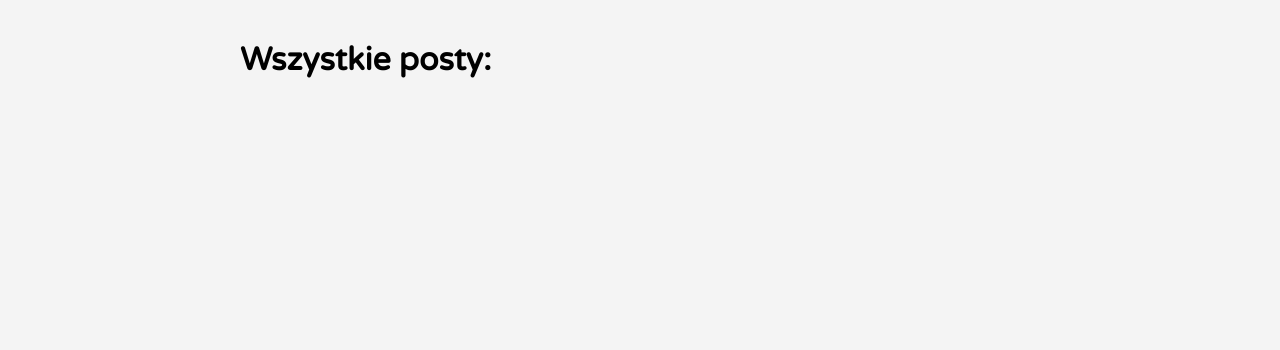
Repository: noisevisionproductions/PlayMeetWebsite
Page: src/main/resources/templates/posts.html
The author's editor kept a copy of each file at every save. The page is drawn from the files as they stood at one save, then again after the next save.
The browser window is 1280 px wide. The pictures show the whole page.
Pictures or frames that could not be fetched are drawn as grey boxes. The page's requests for data from a server got no answer. Some web libraries are served in a nearby version.

Above is the page before, as saved 2024-03-25 11:32:47.

After the next save:
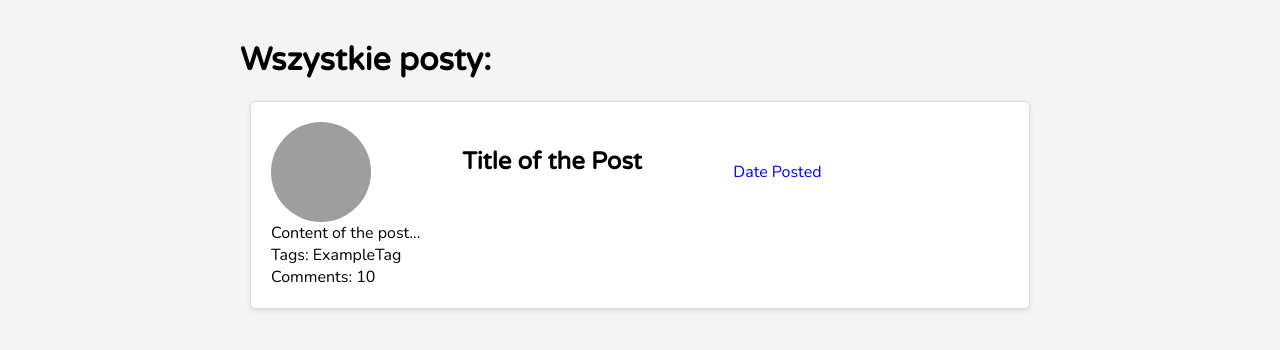
Saved 2 min 56 s later.
--- a/src/main/resources/templates/posts.html
+++ b/src/main/resources/templates/posts.html
@@ -23,7 +23,7 @@
         <h1 class="posts-header">Wszystkie posty:</h1>
         <div id="posts-container">
             <!-- Individual post example -->
-            <!-- <div class="post">
+            <div class="post">
                 <div class="post-header">
                     <img src="path/to/avatar.png" alt="Avatar użytkownika" class="post-avatar">
                     <h2 class="post-title">Title of the Post</h2>
@@ -36,7 +36,7 @@
                     <div class="post-tags">Tags: ExampleTag</div>
                     <div class="post-comments-count">Comments: 10</div>
                 </div>
-            </div> -->
+            </div>
             <!-- Additional posts would be similarly structured -->
         </div>
     </div>
--- a/src/main/resources/static/css/posts.css
+++ b/src/main/resources/static/css/posts.css
@@ -22,12 +22,10 @@ body {
     box-shadow: 0 2px 4px rgba(0, 0, 0, 0.1);
 }
 
-.post-header,
-.post-footer {
+.post-header {
     display: flex;
     justify-content: space-between;
     align-items: center;
-
 }
 
 .post-avatar {
@@ -38,7 +36,13 @@ body {
     object-fit: cover;
 }
 
-.post-sport,
+.post-sportType {
+    margin-right: 5px;
+    color: blue;
+    flex-grow: 1;
+}
+
+
 .post-date,
 .post-chat {
     margin-right: 5px;
--- a/src/main/resources/static/js/posts.js
+++ b/src/main/resources/static/js/posts.js
@@ -24,7 +24,7 @@ document.addEventListener('DOMContentLoaded', function () {
                 userAvatar.className = 'post-avatar';
 
                 const postTitle = document.createElement('h2');
-                postTitle.className = 'post-title';
+                postTitle.className = 'post-sportType';
                 postTitle.textContent = element.sportType; // Assuming `title` is part of your JSON
 
                 const postDate = document.createElement('span');
